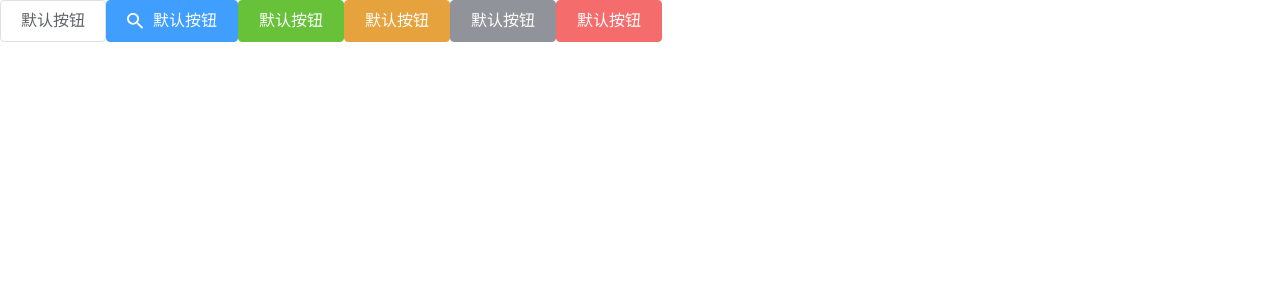
Repository: onlyadaydreamer/dreamer-ui
Page: /
The author's editor kept a copy of each file at every save. The page is drawn from the files as they stood at one save, then again after the next save.
The browser window is 1280 px wide. The pictures show the whole page.
The project was rebuilt for these pictures with package versions that can differ from the ones it lists, and the page was loaded fresh each time. Also part of the build but not shown: src/styles/icon.js, src/packages/index.js.

Above is the page before, as saved 2020-05-13 15:28:26.

After the next save:
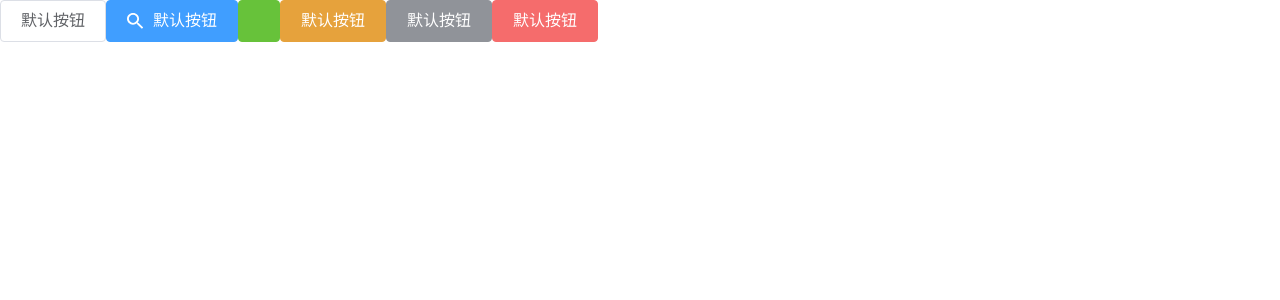
Saved 8 s later.
--- a/src/App.vue
+++ b/src/App.vue
@@ -2,7 +2,7 @@
   <div id="app">
     <dreamer-button>默认按钮</dreamer-button>
     <dreamer-button type="primary" icon="search">默认按钮</dreamer-button>
-    <dreamer-button type="success">默认按钮</dreamer-button>
+    <dreamer-button type="success"></dreamer-button>
     <dreamer-button type="warning">默认按钮</dreamer-button>
     <dreamer-button type="info">默认按钮</dreamer-button>
     <dreamer-button type="danger">默认按钮</dreamer-button>
